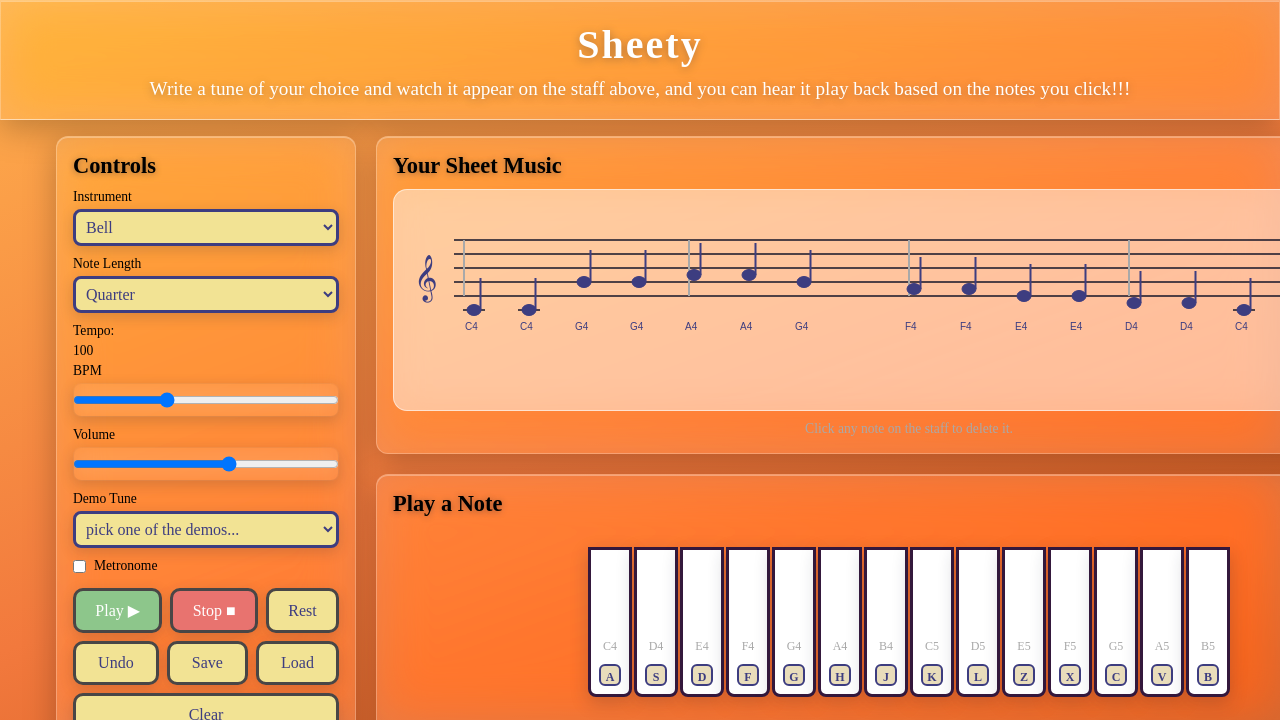
Repository: manayparikh1/sheety
Page: index.html
These files come from the project's save history. The page is drawn as it stood at one moment and after the next save; the edit follows.
The browser window is 1280 px wide. The pictures show the whole page.
An inner scrolling area shows only its first screen.

Above is the page before, as saved 2026-08-24 01:05:42.

After the next save:
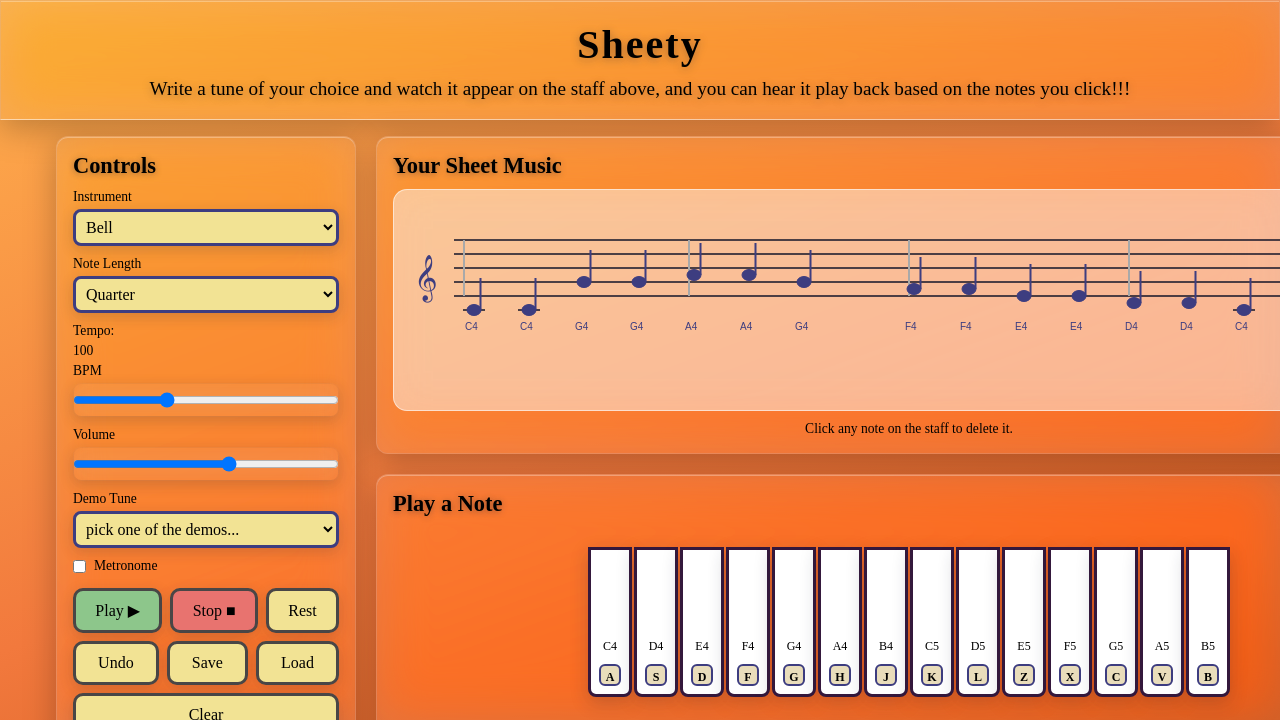
Saved 11 h 47 min later.
--- a/index.html
+++ b/index.html
@@ -19,7 +19,7 @@
             --blue: #4979ad;
             --green: #8dc68b;
             --yellow: #f2e394;
-            --orange: #f2ae72;
+            --orange: #ffad66;
             --darkpurple: #34183c;
             --grey: #a9a9a9;
             --purple: #8e7cc3;
@@ -38,7 +38,7 @@
             min-height: 100vh;
             height: 100%;
             overflow-x: hidden;
-            color: #ffffff;
+            color: #000000;
         }
 
         @keyframes drift {
@@ -54,10 +54,10 @@
         section,
         header,
         footer {
-            background: rgba(255, 255, 255, .12);
+            background: rgba(214, 197, 197, 0.12);
             -webkit-backdrop-filter: blur(24px) saturate(140%);
             backdrop-filter: blur(24px) saturate(140%);
-            border: 1px solid rgba(255, 255, 255, .25);
+            border: 1px solid rgba(205, 179, 179, 0.25);
             box-shadow: 0 8px 32px rgba(0, 0, 0, .25), inset 0 1px 0 rgba(255, 255, 255, .3);
         }
 
@@ -71,7 +71,7 @@
         }
 
         section h2 {
-            color: var(--paper);
+            color: #000000;
             text-shadow: 0 1px 6px rgba(31, 38, 60, .45);
         }
 
@@ -79,11 +79,11 @@
         .toolbar-group label,
         #keyboardHint,
         footer {
-            color: rgba(255, 255, 255, 0.85);
+            color: #000000;
         }
 
         header {
-            color: var(--paper);
+            color: #000000;
             padding: 19.5px;
             text-align: center;
         }
@@ -131,7 +131,7 @@
 
         .toolbar-group label {
             font-size: 0.85rem;
-            color: var(--grey);
+            color: #000000;
         }
 
         button,
@@ -141,24 +141,24 @@
             -webkit-backdrop-filter: blur(10px);
             backdrop-filter: blur(10px);
             border: 1px solid var(--edge);
-            color: var(--navy);
+            color: #000000;
             box-shadow: 0 4px 14px rgba(31, 38, 60, .18);
             transition: transform .15s, background .15s;
         }
 
         button:hover {
             background: rgba(255, 255, 255, .6);
-            color: var(--navy);
+            color: #000000;
         }
 
         button.play-btn {
             background: rgba(141, 198, 139, .55);
-            color: var(--paper);
+            color: #000000;
         }
 
         button.stop-btn {
             background: rgba(232, 115, 111, .55);
-            color: var(--paper);
+            color: #000000;
         }
 
         .white-key {
@@ -169,11 +169,11 @@
             border-top: none;
             box-shadow: 0 6px 18px rgba(31, 38, 60, .22);
             inset: 0 -1px 0 rgba(255, 255, 255, .4);
-            color: var(--paper);
+            color: #000000;
         }
 
         .white-key .pitch-label {
-            color: rgba(255, 255, 255, .8);
+            color: #000000;
         }
 
         .white-key:hover {
@@ -188,7 +188,7 @@
             border: 3px solid var(--navy);
             border-radius: 8px;
             background: var(--yellow);
-            color: var(--navy);
+            color: #000000;
         }
 
         button {
@@ -197,7 +197,7 @@
             border-radius: 10px;
             background: var(--yellow);
             font-size: 1rem;
-            color: var(--navy);
+            color: #000000;
             cursor: pointer;
             border: 3px solid var(--black-key);
         }
@@ -212,7 +212,7 @@
 
         button:hover {
             background: var(--yellow);
-            color: var(--black-key);
+            color: #000000;
             transform: translateY(-3px) scale(1.03);
             box-shadow: 0 8px 20px rgba(0, 0, 0, 0.18);
         }
@@ -241,7 +241,7 @@
 
         button.stop-btn {
             background: var(--red);
-            color: var(--paper);
+            color: #000000;
         }
 
         button.stop-btn:hover {
@@ -336,13 +336,13 @@
             justify-content: flex-end;
             padding-bottom: 8px;
             font-size: 0.75rem;
-            color: var(--grey);
+            color: #000000;
             user-select: none;
         }
 
         .white-key .pitch-label {
             font-size: 0.75rem;
-            color: var(--grey);
+            color: #000000;
         }
 
         .white-key .key-hint {
@@ -354,20 +354,20 @@
             border: 2px solid var(--navy);
             border-radius: 6px;
             background: var(--cream);
-            color: var(--navy);
+            color: #000000;
             font-size: 0.75rem;
             font-weight: bold;
         }
 
         .white-key.pressed .key-hint {
             background: var(--green);
-            color: var(--cream);
+            color: #000000;
         }
 
         #keyboardHint {
             margin-top: 10px;
             font-size: 0.85rem;
-            color: var(--grey);
+            color: #000000;
             text-align: center
         }
 
@@ -380,20 +380,20 @@
         .white-key:active,
         .white-key.pressed {
             background: var(--orange);
-            color: var(--cream);
+            color: #000000;
         }
 
         footer {
             text-align: center;
             padding: 20px;
-            color: var(--black-key);
+            color: #000000;
             font-size: 0.85rem;
         }
 
         #statusMsg {
             margin-top: 10px;
             font-size: 0.9rem;
-            color: var(--green);
+            color: #000000;
             min-height: 20px;
         }
 
